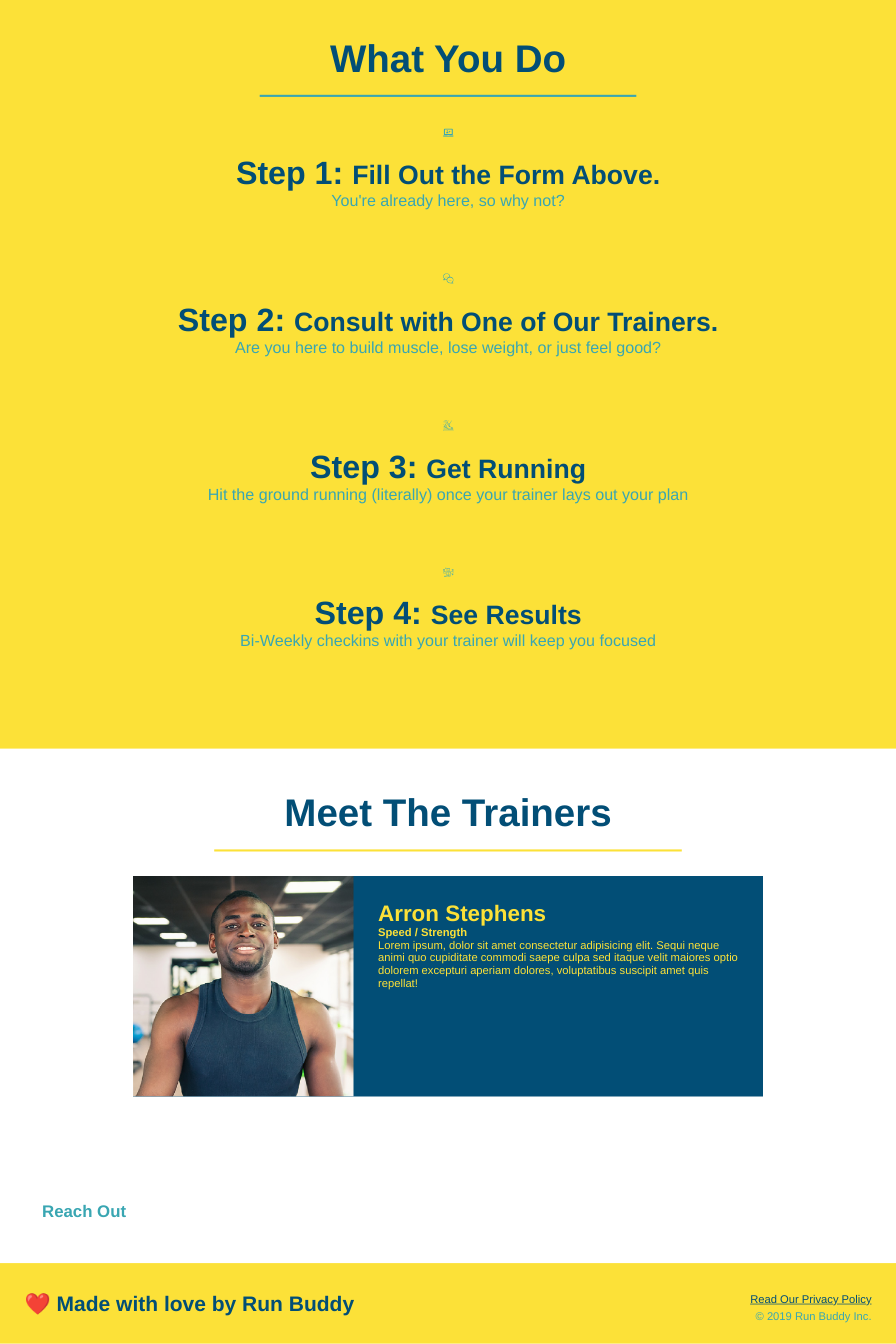
Repository: symlara/run-buddy
Page: index.html
The author's editor kept a copy of each file at every save. The page is drawn from the files as they stood at one save, then again after a run of saves.
The browser window is 1280 px wide. The pictures show the part of the page from y = 1188 to 3108 px (the page is 3108 px tall), at 70% of full size.

Above is the page before, as saved 2020-12-10 14:33:48.

After the next 3 saves:
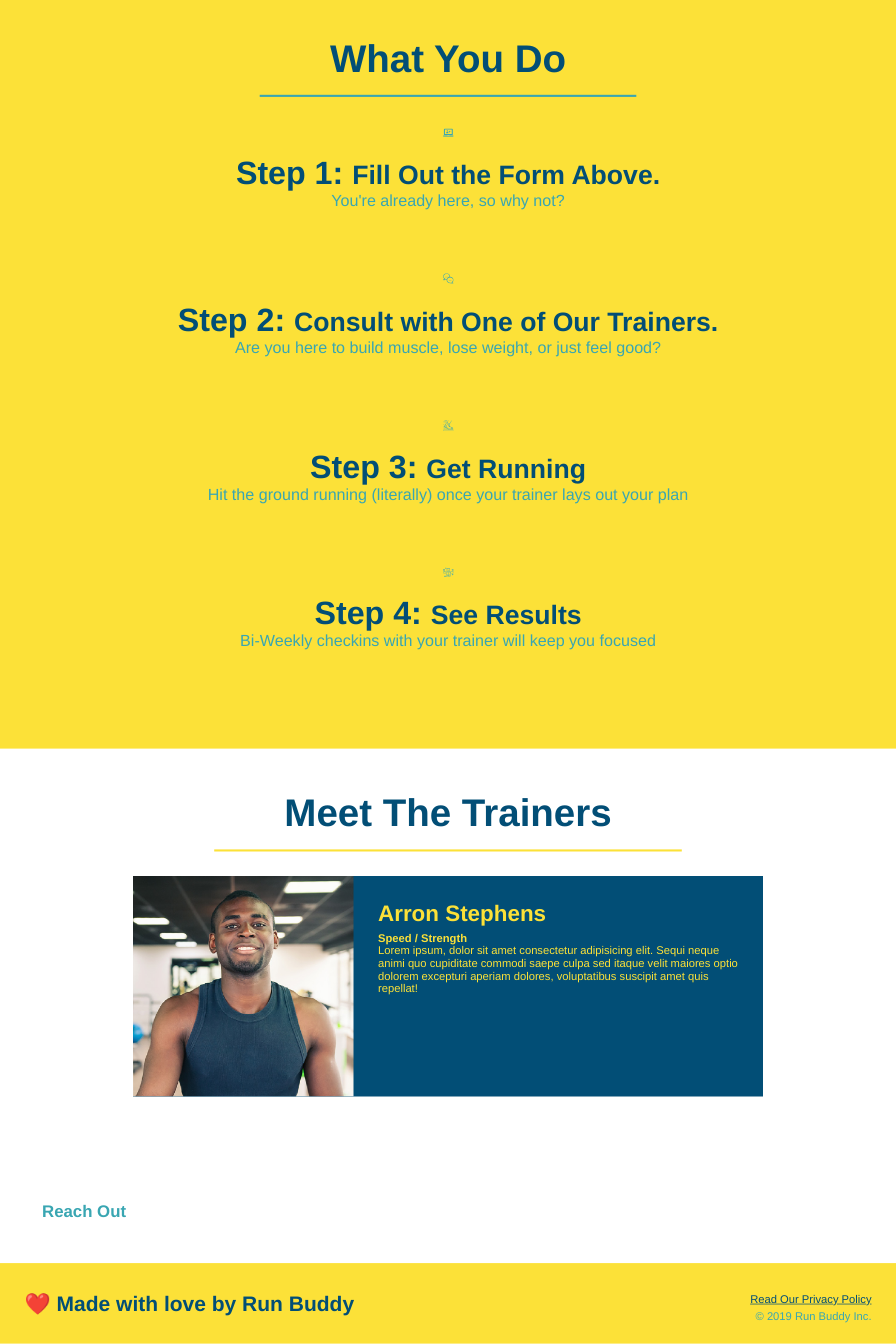
The 3 saves are shown as one change because they came seconds apart.
The last was saved 9 s later.
--- a/assets/css/style.css
+++ b/assets/css/style.css
@@ -225,6 +225,7 @@ section {
 
 .trainer-bio h3 {
     font-size: 32px;
+    margin-bottom: 8px;
 }
 
 /* Your Trainers Section End */
